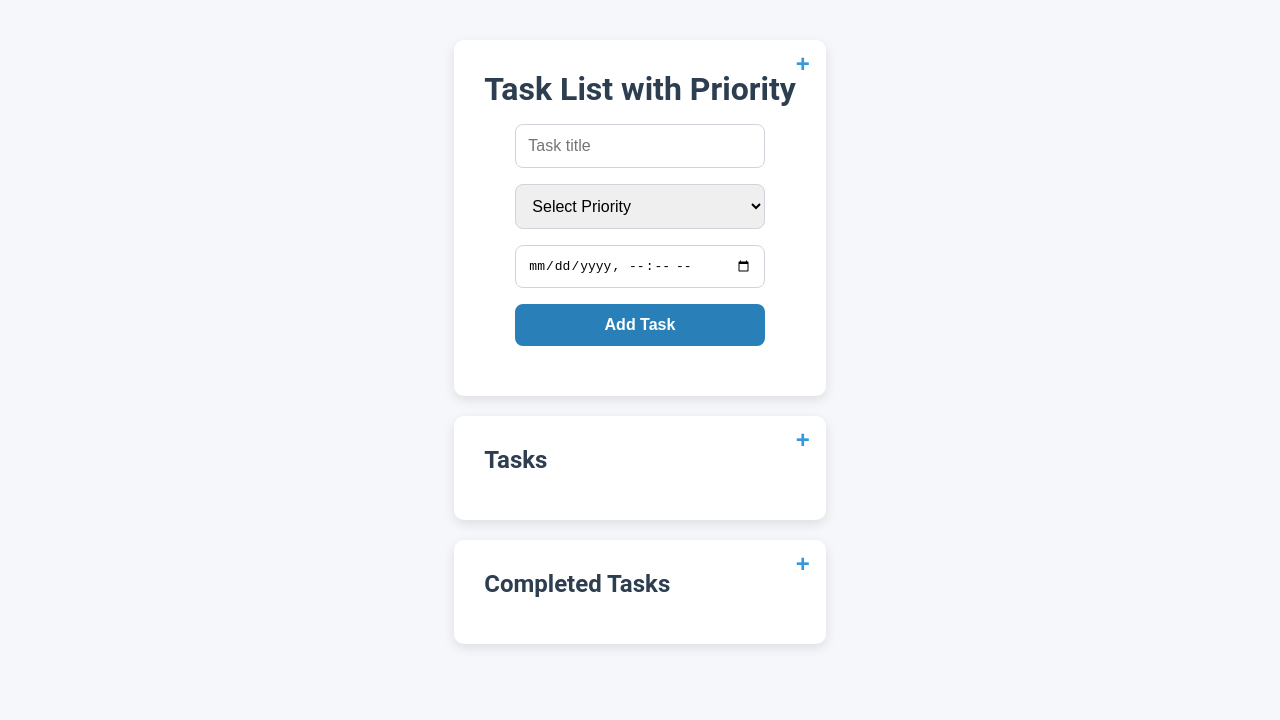
Repository: Lithium87/TaskList
Page: /
An editor plug-in stored every save of this project. The page is shown before and after the next save, followed by the edit.
The browser window is 1280 px wide. The pictures show the whole page.
The project was rebuilt for these pictures with package versions that can differ from the ones it lists, and the page was loaded fresh each time. Also part of the build but not shown: vite.config.js.

Above is the page before, as saved 2025-07-08 16:19:27.

### src/index.css
/* General app styles */
* {
  box-sizing: border-box;
  margin: 0;
  padding: 0;
}

body {
  font-family: "Roboto", sans-serif;
  background-color: #f5f7fa;
  display: flex;
  justify-content: center;
  align-items: flex-start;
  min-height: 100vh;
  padding: 40px;
  color: #333;
}

.app {
  display: flex;
  flex-direction: column;
  gap: 20px;
  max-width: 500px;
  width: 100%;
}

/* Main container for current tasks and completed tasks */
.task-container,
.completed-task-container {
  position: relative;
  background-color: #ffffff;
  border-radius: 10px;
  box-shadow: 0 4px 12px rgba(0, 0, 0, 0.1);
  padding: 30px;
}

/* Headings */
h1,
h2 {
  color: #2c3e50;
  margin-bottom: 16px;
}

/* Completed Task toggle button */
.completed-header {
  display: flex;
  align-items: center;
  justify-content: space-between;
}

.toggle-button {
  background: none;
  border: none;
  cursor: pointer;
  font-size: 1.2em;
  color: #3498db;
  transition: transform 0.3s ease;
}

.toggle-button.open {
  transform: rotate(180deg);
}

/* Sort buttons container */
.sort-controls {
  display: flex;
  justify-content: start;
  align-items: center;
  gap: 12px;
  margin-bottom: 20px;
}

/* Close/open button for sections */
.close-button {
  background: none;
  border: none;
  font-size: 1.5em;
  font-weight: bold;
  color: #3498db;
  cursor: pointer;
  position: absolute;
  top: 10px;
  right: 16px;
  padding: 0;
  transition: color 0.3s, transform 0.3s ease;
}

.close-button.open {
  transform: rotate(135deg); /* Turns "×" into "+" */
  color: #2980b9;
}

.close-button:hover {
  color: #2980b9;
}

/* Sort buttons */
.sort-button {
  padding: 6px 12px;
  background-color: #3498db;
  border: none;
  color: white;
  font-size: 0.9em;
  font-weight: bold;
  border-radius: 6px;
  cursor: pointer;
  transition: background-color 0.3s;
}

.sort-button.active {
  background-color: #2980b9;
  font-weight: bold;
}

.sort-button:hover {
  background-color: #2980b9;
}

/* Task form styles */
.task-form {
  display: flex;
  flex-direction: column;
  align-items: center;
  margin-bottom: 20px;
  animation: fade-in 0.5s ease-in-out;
}

.task-form input[type="text"],
.task-form select,
.task-form input[type="datetime-local"] {
  margin: 0 0 16px 0;
  padding: 12px;
  border-radius: 8px;
  border: 1px solid #ced4da;
  width: 80%;
  font-size: 1em;
  transition: border 0.3s;
}

.task-form input:focus,
.task-form select:focus,
.task-form input[type="datetime-local"]:focus {
  outline: none;
  border-color: #3498db;
}

.task-form button {
  padding: 12px 24px;
  border: none;
  background-color: #2980b9;
  color: white;
  font-size: 1em;
  font-weight: bold;
  border-radius: 8px;
  cursor: pointer;
  transition: background-color 0.3s, transform 0.2s;
  width: 80%;
}

.task-form button:hover {
  background-color: #2980b9;
  transform: translateY(-2px);
}

/* Task list styles */
.task-list,
.completed-task-list {
  list-style-type: none;
  padding: 0;
  width: 100%;
}

/* Task item styles */
.task-item {
  padding: 15px;
  border-radius: 8px;
  display: flex;
  justify-content: space-between;
  align-items: center;
  margin: 10px 0;
  font-size: 1.1em;
  transition: transform 0.2s, opacity 0.3s;
  animation: fade-in 0.5s ease-in-out;
}

.task-item.high {
  background-color: #f8d7da;
  color: #721c24;
  border-left: 6px solid #f5c6cb;
}

.task-item.medium {
  background-color: #fff3cd;
  color: #856404;
  border-left: 6px solid #ffeeba;
}

.task-item.low {
  background-color: #d4edda;
  color: #155724;
  border-left: 6px solid #c3e6cb;
}

.task-item:hover {
  transform: scale(1.02);
}

.task-info {
  flex: 1;
  text-align: left;
}

/* Date text style */
.task-deadline {
  font-size: 0.85em;
  color: #666;
  margin-top: 5px;
}

/* Buttons container for vertical alignment */
.task-buttons {
  display: flex;
  flex-direction: column;
  gap: 6px;
}

/* Complete button */
.complete-button {
  padding: 6px 10px;
  background-color: #2ecc71;
  border: none;
  color: white;
  border-radius: 6px;
  font-size: 0.85em;
  font-weight: bold;
  cursor: pointer;
  transition: background-color 0.3s, transform 0.2s;
}

.complete-button:hover {
  background-color: #27ae60;
  transform: translateY(-2px);
}

/* Delete button */
.delete-button {
  padding: 6px 10px;
  background-color: #e74c3c;
  border: none;
  color: white;
  border-radius: 6px;
  font-size: 0.85em;
  font-weight: bold;
  cursor: pointer;
  transition: background-color 0.3s, transform 0.2s;
}

.delete-button:hover {
  background-color: #c0392b;
  transform: translateY(-2px);
}

/* Completed task item */
.task-item.completed {
  background-color: #e0f7df;
  color: #155724;
  border-left: 6px solid #a5d6a7;
  opacity: 0.9;
}

/* Animation for completed tasks */
.completed-task-list .task-item {
  animation: fade-in 0.5s ease-in-out;
}

@keyframes fade-in {
  from {
    opacity: 0;
    transform: translateY(-10px);
  }
  to {
    opacity: 1;
    transform: translateY(0);
  }
}

/* Completed task list container with smooth slide-down effect */
.completed-task-list-container {
  overflow: hidden;
  max-height: 0;
  opacity: 0;
  transition: max-height 0.5s ease, opacity 0.5s ease;
}

.completed-task-list-container.open {
  max-height: 500px; /* Adjust as needed */
  opacity: 1;
}

/* Completed task list section */
.completed-task-list,
.task-list {
  margin-top: 20px;
  padding-top: 10px;
  border-top: 2px solid #ddd;
}

.footer {
  text-align: center;
  margin-top: 20px;
  padding: 10px;
  background-color: #f0f0f0;
  font-size: 0.9em;
}

### src/App.jsx
function App () {
  return (
    <div className="app">
      <div className="task-container">
        <h1>Task List with Priority</h1>
        <button className="close-button">+</button>
        <TaskForm />
      </div>

      <div className="task-container">
        <h2>Tasks</h2>
        <button className="close-button">+</button>
      </div>

      <div className="completed-task-container">
        <h2>Completed Tasks</h2>
        <button className="close-button">+</button>
      </div>
    </div>
  );
}

const TaskForm = () => {
  return (
    <form className="task-form">
      <input type="text" value={''} placeholder="Task title" required />
      <select value={''} required>
        <option value="" disabled>Select Priority</option>
        <option value="low">Low Priority</option>
        <option value="medium">Medium Priority</option>
        <option value="high">High Priority</option>
      </select>
      <input type="datetime-local" value={''} required />
      <button type="submit">Add Task</button>
    </form>
  );
};

export default App;

Loaded but not shown: src/main.jsx (common file)

After the next save:
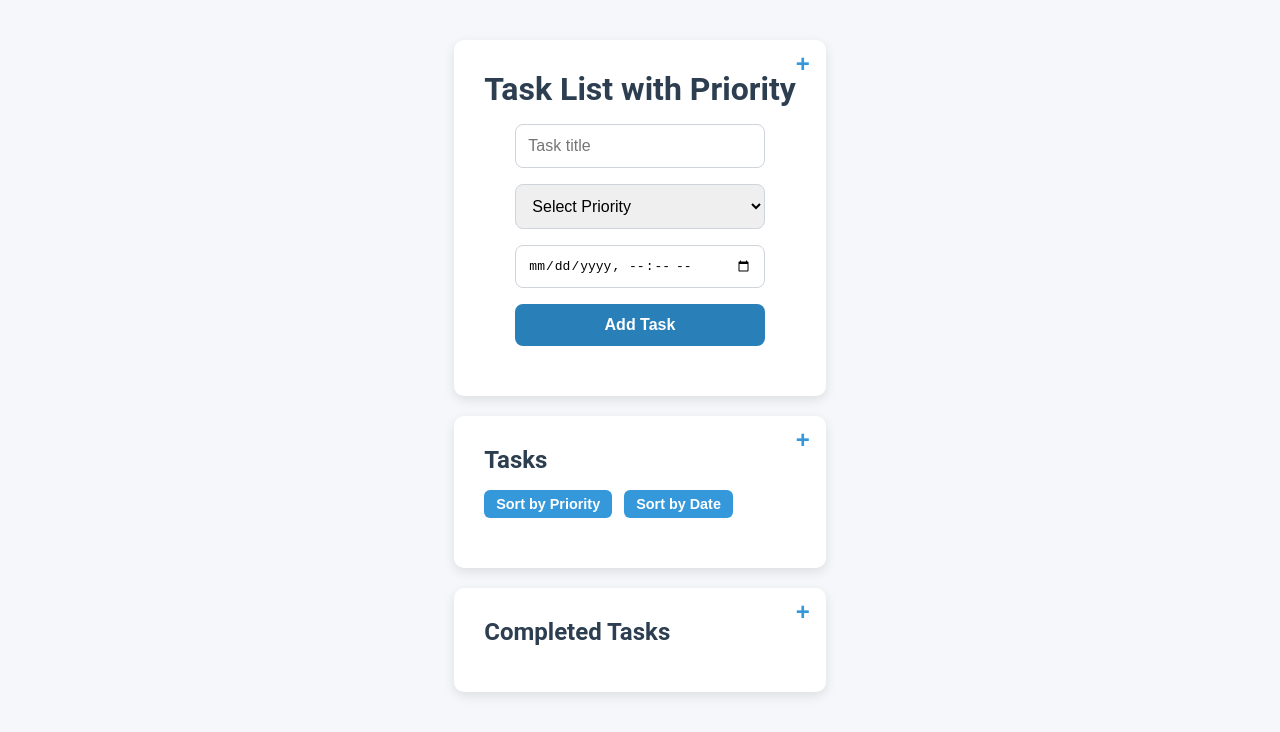
Saved 2 min 4 s later.
--- a/src/App.jsx
+++ b/src/App.jsx
@@ -10,6 +10,10 @@ function App () {
       <div className="task-container">
         <h2>Tasks</h2>
         <button className="close-button">+</button>
+        <div className="sort-controls">
+          <button className="sort-button">Sort by Priority</button>
+          <button className="sort-button">Sort by Date</button>
+        </div>
       </div>
 
       <div className="completed-task-container">
